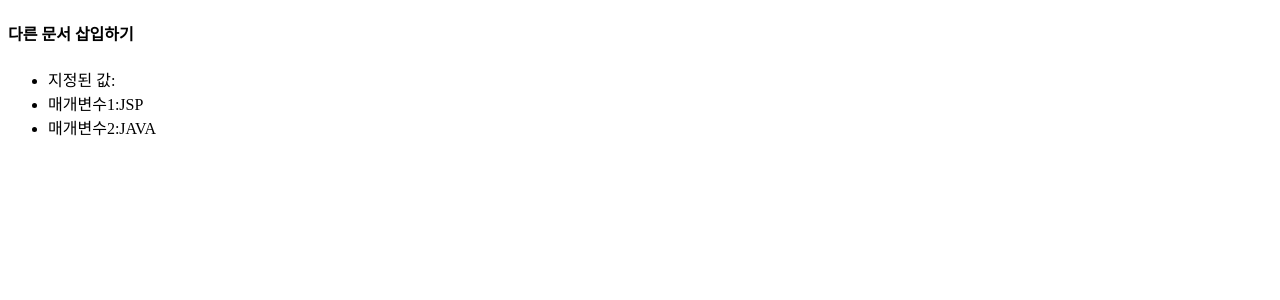
Repository: parkho96/testnum2
Page: http://localhost/jspstudy/11JSTL/CoreUrl.jsp
These files come from the project's save history. The page is drawn as it stood at one moment and after the next save; the edit follows.
The browser window is 1280 px wide. The pictures show the whole page.
The page is served by Tomcat 9.

Above is the page before, as saved 2023-04-10 05:41:31.

After the next save:
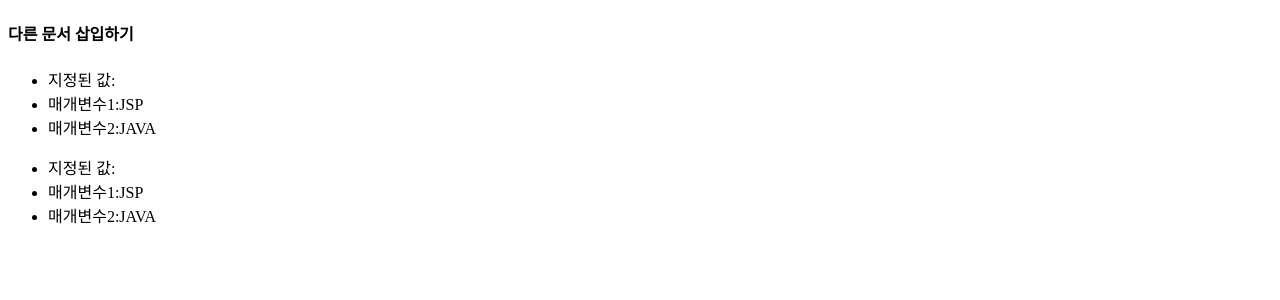
Saved 8 s later.
--- a/workjsp/jspstudy/src/main/webapp/11JSTL/CoreUrl.jsp
+++ b/workjsp/jspstudy/src/main/webapp/11JSTL/CoreUrl.jsp
@@ -16,7 +16,7 @@
 
 	<h4>다른 문서 삽입하기</h4>
 	${contents}
-	<c:import url="./include/OtherPage.jsp" var="contents">
+	<c:import url="./include/OtherPage.jsp">
 		<c:param name="param1" value="JSP"/>
 		<c:param name="param2" value="JAVA"/>
 	</c:import>
